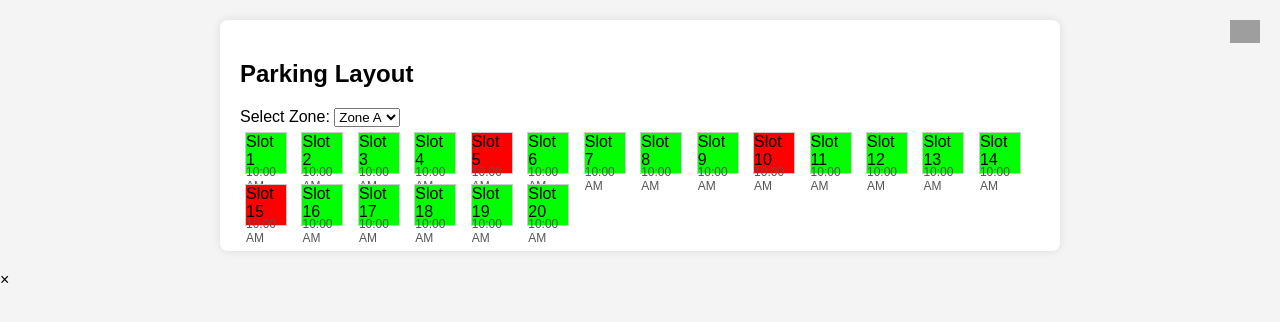
Repository: suryavishakan/parking_management
Page: http://localhost/slots
The author's editor kept a copy of each file at every save. The page is drawn from the files as they stood at one save, then again after the next save.
The browser window is 1280 px wide. The pictures show the whole page.
Pictures or frames that could not be fetched are drawn as grey boxes. The page is served by the project's application, run on Flask 3 (app.py).

Above is the page before, as saved 2024-04-21 16:14:13.

After the next save:
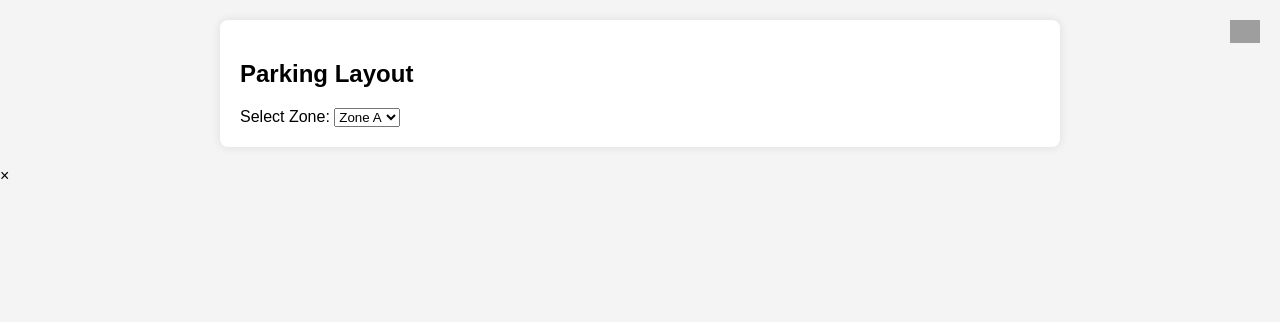
Not found: booking
Saved 3 min 52 s later.
--- a/templates/slots.html
+++ b/templates/slots.html
@@ -58,16 +58,8 @@
                 <option value="C">Zone C</option>
             </select>
         </div>
-        <div class="slots">
-            <!-- Generate parking slots dynamically -->
-            <!-- For demonstration purposes, let's assume slots 5, 10, and 15 are booked -->
-            <!-- In real application, this data would come from backend -->
-            {% for slot in range(1, 21) %}
-                <div class="slot {% if slot in [5, 10, 15] %}booked{% endif %}">
-                    Slot {{ slot }}
-                    <div class="time">10:00 AM</div> <!-- Change this with actual time from backend -->
-                </div>
-            {% endfor %}
+        <div class="slots" id="parkingSlots">
+            <!-- Parking slots will be generated dynamically here -->
         </div>
     </div>
 
@@ -85,7 +77,6 @@
     </div>
 
     <script>
-
         // Function to fetch and display user details
         function getUserDetails() {
             fetch('/user-details') // Assuming this route fetches user details from backend
@@ -105,6 +96,34 @@
                 .catch(error => console.error('Error fetching user details:', error));
         }
 
+        // Function to fetch booking data and generate parking slots
+        function generateParkingSlots() {
+            var zone = document.getElementById('zoneSelect').value; // Get selected zone
+            fetch('/booking?zone=' + zone) // Assuming this route fetches booking data for the selected zone
+                .then(response => response.json())
+                .then(data => {
+                    var slotsHTML = ''; // Initialize HTML string for parking slots
+                    for (var i = 1; i <= 20; i++) { // Loop through slots
+                        var bookedClass = ''; // Default class for slot
+                        var booking = data.find(booking => booking.slot === i); // Check if slot is booked
+                        if (booking && booking.status === 'paid') {
+                            bookedClass = ' booked'; // If slot is booked and paid, add 'booked' class
+                        }
+                        // Construct HTML for slot
+                        var slotHTML = `
+                            <div class="slot${bookedClass}">
+                                Slot ${i}
+                                <div class="time">10:00 AM</div> <!-- Change this with actual time from backend -->
+                            </div>
+                        `;
+                        slotsHTML += slotHTML; // Append slot HTML to slotsHTML string
+                    }
+                    // Display slots in the DOM
+                    document.getElementById('parkingSlots').innerHTML = slotsHTML;
+                })
+                .catch(error => console.error('Error fetching booking data:', error));
+        }
+
         // Get the modal
         var modal = document.getElementById("userDetailsModal");
 
@@ -116,6 +135,12 @@
 
         // Event listener for user button
         btn.addEventListener('click', getUserDetails);
+
+        // Event listener for zone select dropdown
+        document.getElementById('zoneSelect').addEventListener('change', generateParkingSlots);
+
+        // Call the function to generate parking slots on page load
+        generateParkingSlots();
 
         // When the user clicks on <span> (x), close the modal
         span.onclick = function() {

After the save that followed:
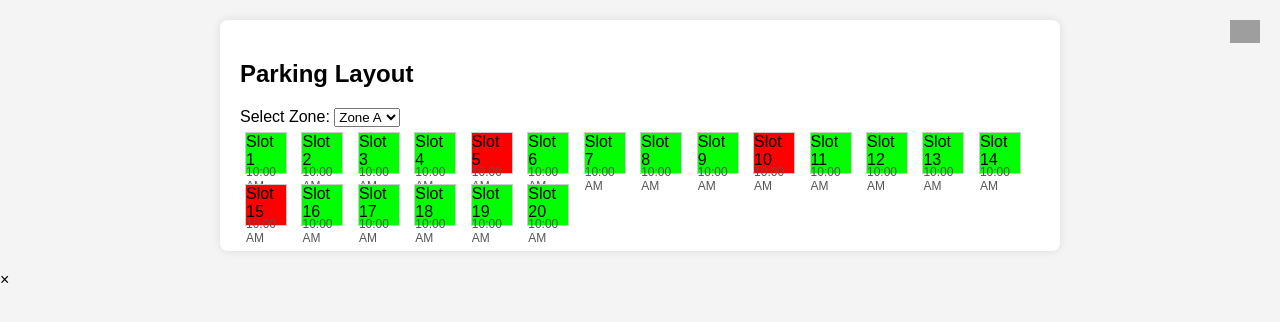
Saved 2 min 18 s later.
--- a/templates/slots.html
+++ b/templates/slots.html
@@ -58,8 +58,16 @@
                 <option value="C">Zone C</option>
             </select>
         </div>
-        <div class="slots" id="parkingSlots">
-            <!-- Parking slots will be generated dynamically here -->
+        <div class="slots">
+            <!-- Generate parking slots dynamically -->
+            <!-- For demonstration purposes, let's assume slots 5, 10, and 15 are booked -->
+            <!-- In real application, this data would come from backend -->
+            {% for slot in range(1, 21) %}
+                <div class="slot {% if slot in [5, 10, 15] %}booked{% endif %}">
+                    Slot {{ slot }}
+                    <div class="time">10:00 AM</div> <!-- Change this with actual time from backend -->
+                </div>
+            {% endfor %}
         </div>
     </div>
 
@@ -77,6 +85,7 @@
     </div>
 
     <script>
+
         // Function to fetch and display user details
         function getUserDetails() {
             fetch('/user-details') // Assuming this route fetches user details from backend
@@ -96,34 +105,6 @@
                 .catch(error => console.error('Error fetching user details:', error));
         }
 
-        // Function to fetch booking data and generate parking slots
-        function generateParkingSlots() {
-            var zone = document.getElementById('zoneSelect').value; // Get selected zone
-            fetch('/booking?zone=' + zone) // Assuming this route fetches booking data for the selected zone
-                .then(response => response.json())
-                .then(data => {
-                    var slotsHTML = ''; // Initialize HTML string for parking slots
-                    for (var i = 1; i <= 20; i++) { // Loop through slots
-                        var bookedClass = ''; // Default class for slot
-                        var booking = data.find(booking => booking.slot === i); // Check if slot is booked
-                        if (booking && booking.status === 'paid') {
-                            bookedClass = ' booked'; // If slot is booked and paid, add 'booked' class
-                        }
-                        // Construct HTML for slot
-                        var slotHTML = `
-                            <div class="slot${bookedClass}">
-                                Slot ${i}
-                                <div class="time">10:00 AM</div> <!-- Change this with actual time from backend -->
-                            </div>
-                        `;
-                        slotsHTML += slotHTML; // Append slot HTML to slotsHTML string
-                    }
-                    // Display slots in the DOM
-                    document.getElementById('parkingSlots').innerHTML = slotsHTML;
-                })
-                .catch(error => console.error('Error fetching booking data:', error));
-        }
-
         // Get the modal
         var modal = document.getElementById("userDetailsModal");
 
@@ -135,12 +116,6 @@
 
         // Event listener for user button
         btn.addEventListener('click', getUserDetails);
-
-        // Event listener for zone select dropdown
-        document.getElementById('zoneSelect').addEventListener('change', generateParkingSlots);
-
-        // Call the function to generate parking slots on page load
-        generateParkingSlots();
 
         // When the user clicks on <span> (x), close the modal
         span.onclick = function() {
